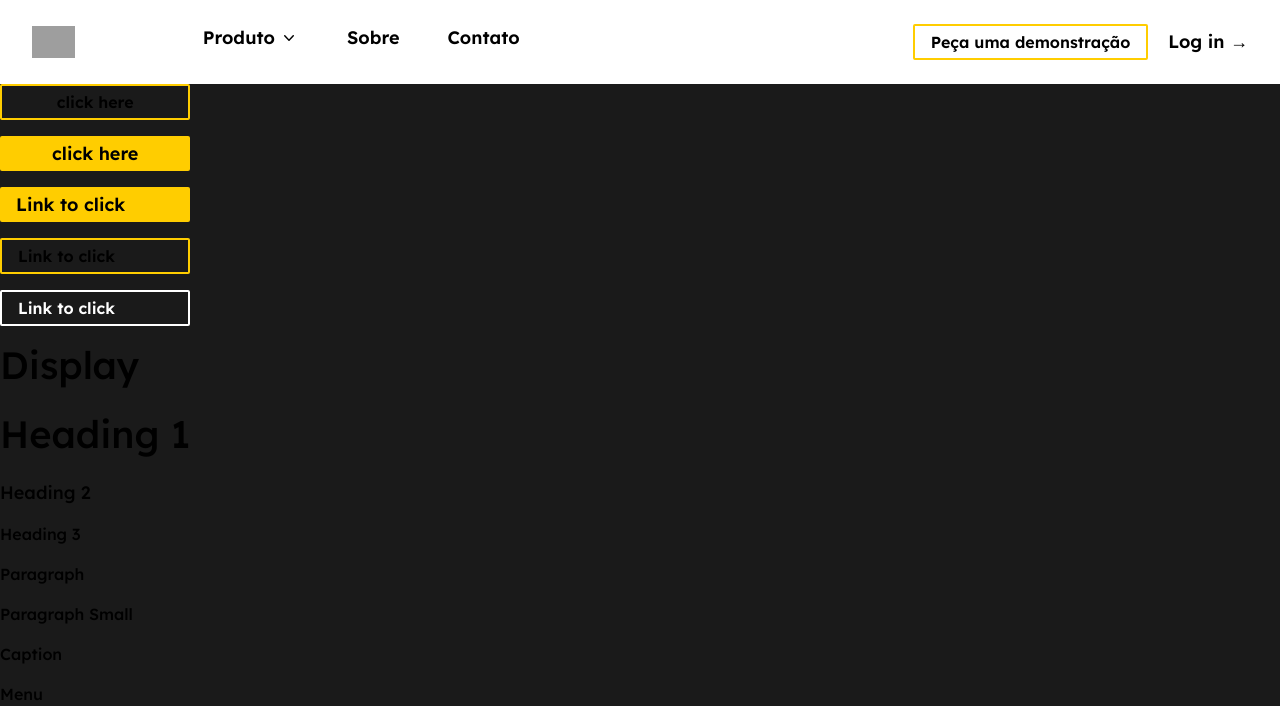
Repository: VereAbsolutum/site-institucional
Page: /
An editor plug-in stored every save of this project. The page is shown before and after the next save, followed by the edit.
The browser window is 1280 px wide. The pictures show the whole page.
Pictures or frames that could not be fetched are drawn as grey boxes. The project was rebuilt for these pictures with package versions that can differ from the ones it lists, and the page was loaded fresh each time. Also part of the build but not shown: vite.config.ts, src/presentation/pages/not-found/notFound.tsx.

Above is the page before, as saved 2023-04-13 12:27:37.

### src/App.tsx
import React from 'react'
import { BrowserRouter, Routes, Route } from "react-router-dom"
import { Home, NotFound } from './presentation/pages'

const App: React.FC = () => {
  return (
    <BrowserRouter >
      <Routes>
        <Route path='/' element={<Home />} />
        <Route path='*' element={<NotFound />} />
      </Routes>
    </BrowserRouter>
  )
}

export default App

### src/index.css
@import url("https://fonts.googleapis.com/css?family=lexend+Deca:300,500,600|Playfair+Display:500");

:root {
    --font-family-lexend_deca: "Lexend Deca";
    --font-family-playfair_display: "Playfair Display";
    font-family: 'Lexend Deca', sans-serif;
}

@tailwind base;
@tailwind components;
@tailwind utilities;

### src/presentation/pages/index.ts
export { default as Home } from './home/home'
export { default as NotFound } from './not-found/notFound'

### src/presentation/pages/home/home.tsx
import React from 'react';
import { ButtonBorderPrimary, ButtonPrimary, Header, LinkBorderPrimary, LinkBorderWhite, LinkPrimary, TextCaption, TextDisplay, TextHeading1, TextHeading2, TextHeading3, TextMenu, TextParagraph, TextParagraphSmall } from '../../components';

const home: React.FC = () => {
    return (
        <>
            <Header />
            <main>
                <section className='bg-black'>
                    <div className='inline-flex flex-col space-y-4'>
                        <ButtonBorderPrimary label='click here' />
                        <ButtonPrimary label='click here' />
                        <LinkPrimary>
                            Link to click
                        </LinkPrimary>
                        <LinkBorderPrimary>
                            Link to click
                        </LinkBorderPrimary>
                        <LinkBorderWhite>
                            Link to click
                        </LinkBorderWhite>
                        <TextDisplay>Display</TextDisplay>
                        <TextHeading1>Heading 1</TextHeading1>
                        <TextHeading2>Heading 2</TextHeading2>
                        <TextHeading3>Heading 3</TextHeading3>
                        <TextParagraph>Paragraph</TextParagraph>
                        <TextParagraphSmall>Paragraph Small</TextParagraphSmall>
                        <TextCaption>Caption</TextCaption>
                        <TextMenu>Menu</TextMenu>
                    </div>
                </section>
            </main>
        </>


    );
};

export default home;

### src/presentation/components/index.ts
export { default as Header } from './header/header'

export { default as ButtonBase } from './buttons/button-base'
export { default as ButtonBorderPrimary } from './buttons/button-border-primary'
export { default as ButtonPrimary } from './buttons/button-primary'

export { default as LinkBase } from './links/link-base'
export { default as LinkPrimary } from './links/link-primary'
export { default as LinkBorderPrimary } from './links/link-border-primary'
export { default as LinkBorderWhite } from './links/link-border-white'

export { default as TextBase } from './typography/text-base'
export { default as TextDisplay } from './typography/display'
export { default as TextHeading1 } from './typography/heading1'
export { default as TextHeading2 } from './typography/heading2'
export { default as TextHeading3 } from './typography/heading3'
export { default as TextParagraph } from './typography/paragraph'
export { default as TextParagraphSmall } from './typography/paragraph-small'
export { default as TextCaption } from './typography/caption'
export { default as TextMenu } from './typography/menu'

### src/presentation/components/header/header.tsx
import React, { useState } from 'react'
import {
    Bars3Icon,
    ChartPieIcon,
    CursorArrowRaysIcon,
    FingerPrintIcon,
} from '@heroicons/react/24/outline'
import { PhoneIcon, PlayCircleIcon } from '@heroicons/react/20/solid'
import { MainMenu, MobileMenu } from './components'
import { ButtonBorderPrimary } from '..'

const products = [
    { name: 'CdAdm Web', description: 'Get a better understanding of your traffic', href: '#', icon: ChartPieIcon },
    { name: 'CdAdm Grafico', description: 'Speak directly to your customers', href: '#', icon: CursorArrowRaysIcon },
    { name: 'CdFin', description: 'Your customers’ data will be safe and secure', href: '#', icon: FingerPrintIcon }
]
const callsToAction = [
    { name: 'Assista a Demo', href: '#', icon: PlayCircleIcon },
    { name: 'Contato', href: '#', icon: PhoneIcon },
]

function classNames(...classes: string[]) {
    return classes.filter(Boolean).join(' ');
}

const header: React.FC = () => {
    const [mobileMenuOpen, setMobileMenuOpen] = useState(false)

    return (
        <header className="bg-white">
            <nav className="mx-auto flex max-w-7xl items-center justify-between p-6 lg:px-8" aria-label="Global">

                <div className="flex lg:flex-1">
                    <a href="#" className="-m-1.5 p-1.5">
                        <span className="sr-only">SCordon</span>
                        <img className="h-8 w-auto" src="https://tailwindui.com/img/logos/mark.svg?color=indigo&shade=600" alt="" />
                    </a>

                    {/* main menu */}
                    <div className='ml-32'>
                        <MainMenu products={products} />
                    </div>
                </div>

                <div className="flex lg:hidden">
                    {/* Button */}
                    <button
                        type="button"
                        className="-m-2.5 inline-flex items-center justify-center rounded-md p-2.5 text-gray-700"
                        onClick={() => setMobileMenuOpen(true)}
                    >
                        <span className="sr-only">Open main menu</span>
                        <Bars3Icon className="h-6 w-6" aria-hidden="true" />
                    </button>
                </div>



                <div className="hidden lg:flex lg:flex-1 lg:justify-end align-items: center">
                    <div className='mr-5'>
                        <ButtonBorderPrimary label='Peça uma demonstração' />
                    </div>
                    <div className="flex items-center">
                        <a href="#" className="text-lg font-medium leading-6 font-semibold">
                            Log in <span aria-hidden="true">&rarr;</span>
                        </a>
                    </div>
                    {/* Button */}
                </div>
            </nav>

            <MobileMenu
                mobileMenuOpen={mobileMenuOpen}
                setMobileMenuOpen={setMobileMenuOpen}
                products={products}
                callsToAction={callsToAction}
            />
        </header>
    )
}

export default header

### src/presentation/components/buttons/button-base.tsx
import React from 'react'

export type ButtonProps = React.ButtonHTMLAttributes<HTMLButtonElement> & {
    label: string;
    className?: string;
};

const buttonBase: React.FC<ButtonProps> = ({ label, className, ...rest }) => {
    const baseClasses =
        'font-semibold rounded-sm hover:bg-blue-700 focus:outline-none focus:ring-2 focus:ring-blue-400 focus:ring-opacity-75';

    return (
        <button className={`${baseClasses} ${className}`} {...rest}>
            {label}
        </button>
    );
};

export default buttonBase;

### src/presentation/components/buttons/button-border-primary.tsx
// BorderedButton.tsx
import React from 'react';
import { ButtonBase } from '..';
import { ButtonProps } from './button-base';

const buttonBorderPrimary: React.FC<ButtonProps> = ({ className, ...rest }) => {
    const baseClasses = 'px-4 py-1 border-2 border-yellow bg-transparent border border-blue-500 text-blue-500 hover:bg-blue-500';

    return <ButtonBase className={`${baseClasses} ${className}`} {...rest} />;
};

export default buttonBorderPrimary;

### src/presentation/components/buttons/button-primary.tsx
// FilledButton.tsx
import React from 'react';
import { ButtonBase } from '..';
import { ButtonProps } from './button-base';

const buttonPrimary: React.FC<ButtonProps> = ({ className, ...rest }) => {
    const baseClasses = 'px-4 py-1 bg-blue-500 bg-yellow hover:bg-blue-700 text-lg font-medium';

    return <ButtonBase className={`${baseClasses} ${className}`} {...rest} />;
};

export default buttonPrimary;

### src/presentation/components/links/link-base.tsx
import React from 'react';

export type LinkBaseProps = React.AnchorHTMLAttributes<HTMLAnchorElement> & {
    className?: string;
};

const linkBase: React.FC<LinkBaseProps> = ({ children, className, ...rest }) => {
    const baseClasses =
        'font-semibold cursor-pointer rounded-sm hover:bg-blue-700 focus:outline-none focus:ring-2 focus:ring-blue-400 focus:ring-opacity-75';

    return (
        <a className={`${baseClasses} ${className}`} {...rest}>
            {children}
        </a>
    );
};

export default linkBase;

### src/presentation/components/links/link-primary.tsx
// FilledButton.tsx
import React from 'react';
import { LinkBase } from '..';
import { LinkBaseProps } from './link-base';

const linkPrimary: React.FC<LinkBaseProps> = ({ className, ...rest }) => {
    const baseClasses = 'px-4 py-1 bg-blue-500 bg-yellow hover:bg-blue-700 text-lg font-medium';

    return <LinkBase className={`${baseClasses} ${className}`} {...rest} />;
};

export default linkPrimary;

### src/presentation/components/links/link-border-primary.tsx
// FilledButton.tsx
import React from 'react';
import { LinkBase } from '..';
import { LinkBaseProps } from './link-base';

const linkBorderPrimary: React.FC<LinkBaseProps> = ({ className, ...rest }) => {
    const baseClasses = 'px-4 py-1 border-2 border-yellow bg-transparent border border-blue-500 text-blue-500 hover:bg-blue-500';

    return <LinkBase className={`${baseClasses} ${className}`} {...rest} />;
};

export default linkBorderPrimary;

### src/presentation/components/links/link-border-white.tsx
// FilledButton.tsx
import React from 'react';
import { LinkBase } from '..';
import { LinkBaseProps } from './link-base';

const linkBorderWhite: React.FC<LinkBaseProps> = ({ className, ...rest }) => {
    const baseClasses = 'px-4 py-1 text-white border-2 border-white bg-transparent border border-blue-500 text-blue-500 hover:bg-blue-500';

    return <LinkBase className={`${baseClasses} ${className}`} {...rest} />;
};

export default linkBorderWhite;

### src/presentation/components/typography/text-base.tsx
import React from 'react';

export type TextBaseProps = React.HTMLAttributes<HTMLSpanElement> & {
    className?: string;
};

const textBase: React.FC<TextBaseProps> = ({ children, className, ...rest }) => {
    const baseClasses = '';

    return (
        <span className={`${baseClasses} ${className}`} {...rest}>
            {children}
        </span>
    );
};

export default textBase;

### src/presentation/components/typography/display.tsx
import React from 'react';
import { TextBase } from '..';
import { TextBaseProps } from './text-base';

const textDisplay: React.FC<TextBaseProps> = ({ children, className, ...rest }) => {
    const baseClasses = 'text-2xl font-medium leading-tight';

    return (
        <TextBase className={baseClasses}>
            {children}
        </TextBase>
    );
};

export default textDisplay;

### src/presentation/components/typography/heading1.tsx
import React from 'react';
import { TextBase } from '..';
import { TextBaseProps } from './text-base';

const textHeading1: React.FC<TextBaseProps> = ({ children, className, ...rest }) => {
    const baseClasses = 'text-2xl ont-semibold';

    return (
        <TextBase className={baseClasses}>
            {children}
        </TextBase>
    );
};

export default textHeading1;

### src/presentation/components/typography/heading2.tsx
import React from 'react';
import { TextBase } from '..';
import { TextBaseProps } from './text-base';

const textHeading2: React.FC<TextBaseProps> = ({ children, className, ...rest }) => {
    const baseClasses = 'text-lg font-medium';

    return (
        <TextBase className={baseClasses}>
            {children}
        </TextBase>
    );
};

export default textHeading2;

### src/presentation/components/typography/heading3.tsx
import React from 'react';
import { TextBase } from '..';
import { TextBaseProps } from './text-base';

const textHeading3: React.FC<TextBaseProps> = ({ children, className, ...rest }) => {
    const baseClasses = 'text-md font-medium';

    return (
        <TextBase className={baseClasses}>
            {children}
        </TextBase>
    );
};

export default textHeading3;

### src/presentation/components/typography/paragraph.tsx
import React from 'react';
import { TextBase } from '..';
import { TextBaseProps } from './text-base';

const textParagraph: React.FC<TextBaseProps> = ({ children, className, ...rest }) => {
    const baseClasses = 'text-md font-medium';

    return (
        <TextBase className={baseClasses}>
            {children}
        </TextBase>
    );
};

export default textParagraph;

### src/presentation/components/typography/paragraph-small.tsx
import React from 'react';
import { TextBase } from '..';
import { TextBaseProps } from './text-base';

const textParagraphSmall: React.FC<TextBaseProps> = ({ children, className, ...rest }) => {
    const baseClasses = 'text-md font-medium';

    return (
        <TextBase className={baseClasses} {...rest}>
            {children}
        </TextBase>
    );
};

export default textParagraphSmall;

### src/presentation/components/typography/caption.tsx
import React from 'react';
import { TextBase } from '..';
import { TextBaseProps } from './text-base';

const textCapiton: React.FC<TextBaseProps> = ({ children, className, ...rest }) => {
    const baseClasses = 'text-md font-medium';

    return (
        <TextBase className={baseClasses} {...rest}>
            {children}
        </TextBase>
    );
};

export default textCapiton;

### src/presentation/components/typography/menu.tsx
import React from 'react';
import { TextBase } from '..';
import { TextBaseProps } from './text-base';

const textMenu: React.FC<TextBaseProps> = ({ children, className, ...rest }) => {
    const baseClasses = 'text-md font-medium';

    return (
        <TextBase className={baseClasses} {...rest}>
            {children}
        </TextBase>
    );
};

export default textMenu;

### src/presentation/components/header/components/index.ts
export { default as MobileMenu } from './mobile-menu'
export { default as MainMenu } from './main-menu'

### src/presentation/components/header/components/mobile-menu.tsx
import React from 'react'
import { Dialog, Disclosure } from '@headlessui/react'
import { ChevronDownIcon, XMarkIcon } from '@heroicons/react/24/outline'
import { ButtonFilled } from '../..';

function classNames(...classes: string[]) {
    return classes.filter(Boolean).join(' ');
}

export type MobileMenuProps = {
    mobileMenuOpen: boolean
    setMobileMenuOpen: (open: boolean) => void
    products: Array<{
        name: string
        description: string
        href: string
        icon: any
    }>
    callsToAction: Array<{
        name: string
        href: string
        icon: any
    }>
}

const mobileMenu: React.FC<MobileMenuProps> = ({ mobileMenuOpen, setMobileMenuOpen, products, callsToAction }) => {
    return (
        <Dialog as="div" className="lg:hidden" open={mobileMenuOpen} onClose={setMobileMenuOpen}>
            <div className="fixed inset-0 z-10" />

            {/* Mobile Menu */}
            <Dialog.Panel className="fixed inset-y-0 right-0 z-10 w-full overflow-y-auto bg-white px-6 py-6 sm:max-w-sm sm:ring-1 sm:ring-gray-900/10">
                <div className="flex items-center justify-between">
                    <a href="#" className="-m-1.5 p-1.5">
                        <span className="sr-only">Your Company</span>
                        <img
                            className="h-8 w-auto"
                            src="https://tailwindui.com/img/logos/mark.svg?color=indigo&shade=600"
                            alt=""
                        />
                    </a>


                    <button
                        type="button"
                        className="-m-2.5 rounded-md p-2.5 text-gray-700"
                        onClick={() => setMobileMenuOpen(false)}
                    >
                        <span className="sr-only">Close menu</span>
                        <XMarkIcon className="h-6 w-6" aria-hidden="true" />
                    </button>

                </div>

                <div className="mt-6 flow-root">
                    <div className="-my-6 divide-y divide-gray-500/10">
                        <div className="space-y-2 py-6">
                            <Disclosure as="div" className="-mx-3">
                                {({ open }) => (
                                    <>
                                        <Disclosure.Button className="flex w-full font-medium text-lg  items-center justify-between rounded-lg py-2 pl-3 pr-3.5 leading-7 hover:bg-gray-50">
                                            Product
                                            <ChevronDownIcon
                                                className={classNames(open ? 'rotate-180' : '', 'h-5 w-5 flex-none')}
                                                aria-hidden="true"
                                            />
                                        </Disclosure.Button>
                                        <Disclosure.Panel className="mt-2 space-y-2">
                                            {[...products, ...callsToAction].map((item) => (
                                                <Disclosure.Button
                                                    key={item.name}
                                                    as="a"
                                                    href={item.href}
                                                    className="block rounded-lg py-2 pl-6 pr-3 text-sm font-semibold leading-7 text-gray-900 hover:bg-gray-50"
                                                >
                                                    {item.name}
                                                </Disclosure.Button>
                                            ))}
                                        </Disclosure.Panel>
                                    </>
                                )}
                            </Disclosure>
                            <a
                                href="#"
                                className="-mx-3 block rounded-lg px-3 py-2 font-medium text-lg leading-7 text-gray-900 hover:bg-gray-50"
                            >
                                Features
                            </a>
                            <a
                                href="#"
                                className="-mx-3 block rounded-lg px-3 py-2 font-medium text-lg leading-7 hover:bg-gray-50"
                            >
                                Marketplace
                            </a>
                            <a
                                href="#"
                                className="-mx-3 block rounded-lg px-3 py-2 font-medium text-lg leading-7 hover:bg-gray-50"
                            >
                                Company
                            </a>
                        </div>

                        <div className="py-6">
                            <a
                                href="#"
                                className="-mx-3 block rounded-lg px-3 py-2.5 font-medium text-lg leading-7 hover:bg-gray-50"
                            >
                                Log in
                            </a>
                        </div>
                    </div>
                </div>
            </Dialog.Panel>
        </Dialog>
    )
}

export default mobileMenu

### src/presentation/components/header/components/main-menu.tsx
import React, { Fragment } from 'react'
import { Popover, Transition } from '@headlessui/react'
import { ChevronDownIcon } from '@heroicons/react/20/solid'
import { PlayCircleIcon, PhoneIcon } from '@heroicons/react/20/solid'
import { Product } from './header-types'

const callsToAction = [
    { name: 'Watch demo', href: '#', icon: PlayCircleIcon },
    { name: 'Contact sales', href: '#', icon: PhoneIcon },
]

export type MainMenuProps = { products: Product[] }

const MainMenu: React.FC<MainMenuProps> = ({ products }) => {
    return (
        <Popover.Group className="hidden lg:flex lg:gap-x-12">
            <Popover className="relative">
                <Popover.Button className="flex items-center gap-x-1 text-lg  font-semibold  leading-6">
                    Produto
                    <ChevronDownIcon className="h-5 w-5 flex-none text-gray-400" aria-hidden="true" />
                </Popover.Button>

                <Transition
                    as={Fragment}
                    enter="transition ease-out duration-200"
                    enterFrom="opacity-0 translate-y-1"
                    enterTo="opacity-100 translate-y-0"
                    leave="transition ease-in duration-150"
                    leaveFrom="opacity-100 translate-y-0"
                    leaveTo="opacity-0 translate-y-1"
                >
                    <Popover.Panel className="absolute -left-8 top-full z-10 mt-3 w-screen max-w-md overflow-hidden rounded-3xl bg-white shadow-lg ring-1 ring-gray-900/5">
                        <div className="p-4">
                            {products.map((item) => (
                                <div
                                    key={item.name}
                                    className="group relative flex items-center gap-x-6 rounded-lg p-4 text-sm leading-6 hover:bg-gray-50"
                                >
                                    <div className="flex h-11 w-11 flex-none items-center justify-center rounded-lg bg-gray-50 group-hover:bg-white">
                                        <item.icon className="h-6 w-6 text-gray-600 group-hover:text-indigo-600" aria-hidden="true" />
                                    </div>
                                    <div className="flex-auto">
                                        <a href={item.href} className="block font-semibold text-gray-900">
                                            {item.name}
                                            <span className="absolute inset-0" />
                                        </a>
                                        <p className="mt-1 text-gray-600">{item.description}</p>
                                    </div>
                                </div>
                            ))}
                        </div>
                        <div className="grid grid-cols-2 divide-x divide-gray-900/5 bg-gray">  </div>
                        <div className="grid grid-cols-2 divide-x divide-gray-900/5 bg-gray-50">
                            {callsToAction.map((item) => (
                                <a
                                    key={item.name}
                                    href={item.href}
                                    className="flex items-center justify-center gap-x-2.5 p-3 text-sm font-semibold leading-6 text-gray-900 hover:bg-gray-100"
                                >
                                    <item.icon className="h-5 w-5 flex-none text-gray-400" aria-hidden="true" />
                                    {item.name}
                                </a>
                            ))}
                        </div>
                    </Popover.Panel>
                </Transition>
            </Popover>

            <a href="#" className="text-lg  font-semibold  leading-6 text-gray-900">
                Sobre
            </a>
            <a href="#" className="text-lg  font-semibold  leading-6 text-gray-900">
                Contato
            </a>
        </Popover.Group>
    )
}

export default MainMenu

### tailwind.config.js
/** @type {import('tailwindcss').Config} */
export default {
  content: [
    "./index.html",
    "./src/**/*.{js,ts,jsx,tsx}",
  ],
  theme: {
    fontFamily: {
      display: ['Playfair Display', 'serif'],
      sans: ['Lexend Deca', 'sans-serif']
    },
    colors: {
      yellow: '#FFCD00',
      black: '#1A1A1A',
      blue: '#2E475D',
      white: '#FFFFFF',
    },
    fontSize: {
      xs: '12px',
      sm: '14px',
      base: '16px',
      lg: '18px',
      xl: '22px',
      xxl: '32px',
      '2xl': '38px',
      '3xl': '59px'
    },
    extend: {},
  },
  plugins: [],
}

Loaded but not shown: index.html (common file); src/main.tsx (common file)

After the next save:
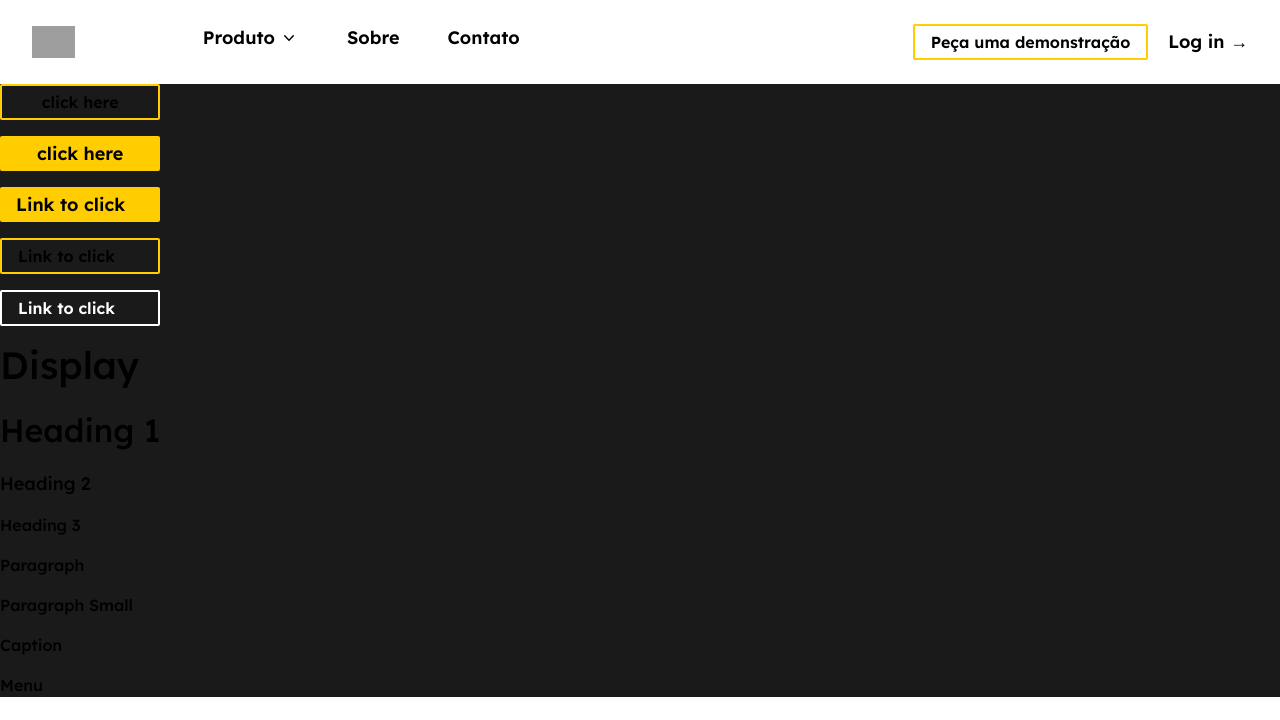
Saved 26 s later.
--- a/src/presentation/components/typography/heading1.tsx
+++ b/src/presentation/components/typography/heading1.tsx
@@ -3,7 +3,7 @@ import { TextBase } from '..';
 import { TextBaseProps } from './text-base';
 
 const textHeading1: React.FC<TextBaseProps> = ({ children, className, ...rest }) => {
-    const baseClasses = 'text-2xl ont-semibold';
+    const baseClasses = 'text-xxl ont-semibold';
 
     return (
         <TextBase className={baseClasses}>
